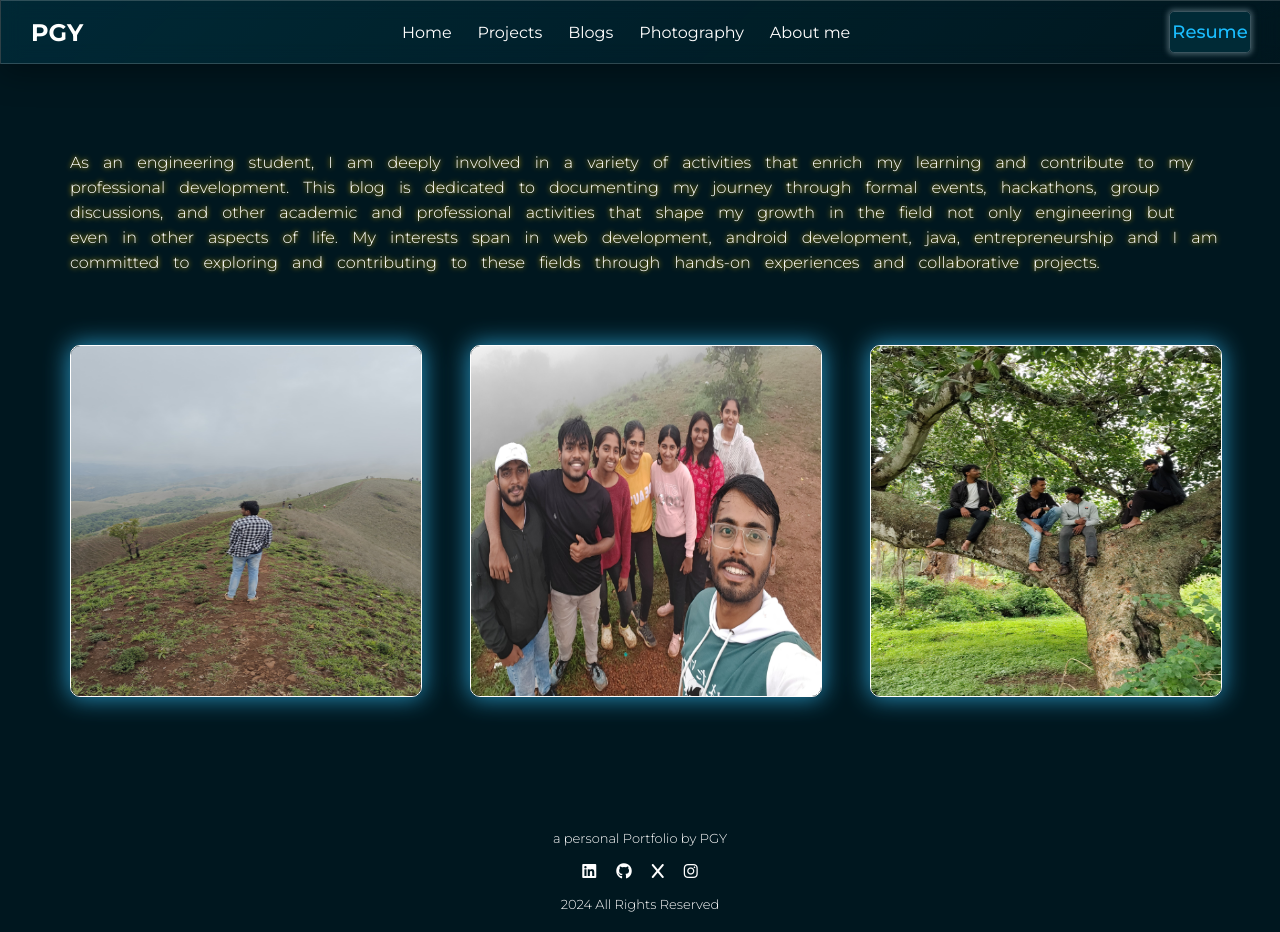
Repository: pgyunknown/pgyunknown
Page: professional_blog.html
These files come from the project's save history. The page is drawn as it stood at one moment and after a run of saves; the edit follows.
The browser window is 1280 px wide. The pictures show the whole page.
Some web libraries are served in a nearby version.

Above is the page before, as saved 2024-08-17 18:21:52.

### professional_blog.html
<!DOCTYPE html>
<html lang="en">
<head>
    <meta charset="UTF-8">
    <meta name="viewport" content="width=device-width, initial-scale=1.0">
    <title>Professional portfolio</title>
    <link rel="stylesheet" href="professional_blog.css">
    <link rel="preconnect" href="https://fonts.googleapis.com">
<link rel="preconnect" href="https://fonts.gstatic.com" crossorigin>
<link href="https://fonts.googleapis.com/css2?family=Libre+Baskerville:ital,wght@0,400;0,700;1,400&family=Montserrat:ital,wght@0,100..900;1,100..900&family=Titillium+Web:ital,wght@0,200;0,300;0,400;0,600;0,700;0,900;1,200;1,300;1,400;1,600;1,700&display=swap" rel="stylesheet">
<link rel="stylesheet" href="https://cdnjs.cloudflare.com/ajax/libs/font-awesome/6.6.0/css/all.min.css" integrity="sha512-Kc323vGBEqzTmouAECnVceyQqyqdsSiqLQISBL29aUW4U/M7pSPA/gEUZQqv1cwx4OnYxTxve5UMg5GT6L4JJg==" crossorigin="anonymous" referrerpolicy="no-referrer" />
</head>
<body>
    <header>
        <div class="pgy_con">
                <div class="pgy"><a href="#">PGY</a></div>
        </div>
        <nav>
                <div class="nav_bar">
                <a href="#" id="home">Home</a>
                <a href="#"id="projects">Projects</a>
                <a href="blog.html"id="blogs">Blogs</a>
                <a href="#"id="photo">Photography</a>
                <a href="#"id="About">About me</a>
                </div>
            </nav>
        <div class="resume_con">
                <button>Resume</button>
        </div>
    </header>
    <main>
        <div class="personal_intro"><p>As an engineering student, I am deeply involved in a variety of activities that enrich my learning and contribute to my professional development. This blog is dedicated to documenting my journey through formal events, hackathons, group discussions, and other academic and professional activities that shape my growth in the field not only engineering but even in other aspects of life.


 My interests span in web development, android development, java, entrepreneurship and I am committed to exploring and contributing to these fields through hands-on experiences and collaborative projects. </p></div>

        <div class="contianer">
        <div ><img src="imgs/WhatsApp Image 2024-08-16 at 18.40.53_9c257726.jpg" alt=""></div>
        <div ><img src="imgs/WhatsApp Image 2024-08-16 at 18.40.52_35491df1.jpg" alt=""></div>
        <div ><img src="imgs/WhatsApp Image 2024-08-16 at 18.34.26_5f8bc427.jpg" alt=""></div>
        </div>
    </main>

        <footer>
        <div class="footer_port">a personal Portfolio by PGY</div>
        <div class="footer_icons">
            <a href="https://www.linkedin.com/in/p-gokul-yadav-82548a295?utm_source=share&utm_campaign=share_via&utm_content=profile&utm_medium=android_app" alt="Gokul's linkedin profile" target="_blank"><i class="fa-brands fa-linkedin"></i></a>
            <a href="https://github.com/pgyunknown" alt="Gokul Github profile" target="_blank"><i class="fa-brands fa-github"></i></a>
            <a href="#"><i class="fa-brands fa-x" target="_blank"></i></a>
            <a href="#"><i class="fa-brands fa-instagram" target="_blank"></i></a>
        </div>
        <div class="copyrights">2024 All Rights Reserved</div>
    </footer>

### professional_blog.css
*{margin: 0px;
    padding: 0px;
}
body{
    background-color: #00171F;
    color: white;
    box-sizing: border-box;


}
a{
    text-decoration: none;
    color: inherit;
}

header{
    display: flex;
    justify-content: space-between;
    align-items: center;
    padding: 10px;
    /* Glassy effect */
    background: linear-gradient(135deg, rgba(0, 200, 255, 0.1), rgba(255, 255, 255, 0));
    backdrop-filter: blur(10px);
    -webkit-backdrop-filter: blur(10px);
    border:1px solid rgba(255, 255, 255, 0.18);
    box-shadow: 0 8px 32px 0 rgba(0, 0, 0, 0.37);

    overflow: hidden;
    position: fixed; /* Set the navbar to fixed position */
    top: 0; /* Position the navbar at the top of the page */
    width: 100%;
}

.pgy_con
{
    margin-left: 20px;
    font-family: "Montserrat", sans-serif;
    font-optical-sizing: auto;
    font-size: x-large;
    font-weight: 700;
    font-style: normal;
    align-items: end;

}

.pgy_con .pgy a{
    text-decoration: none;
}
.nav_bar {
        /* height: 50px; */
    width: 500px;
    display: flex;
    justify-content: space-evenly;

    transition-property: all;
    transition-timing-function: ease-in-out;
    transition-delay: 1s;


}

.nav_bar a{
    box-sizing: border-box;
    font-family: "Montserrat", sans-serif;
    font-optical-sizing: auto;
    font-weight: 400;
    font-style: normal
    text-decoration: none;
    justify-content: space-around;
    align-items: center;
    padding-top:10px;
    padding-bottom :10px;
    /* padding-right:10px ;
    padding-left:10px ; */
}

.nav_bar a:hover{
    color: #FFC107;
    text-shadow: #FFC107 0px 0px  1px;
    border-bottom: 0.5px solid #FFC107;


}


.resume_con {
    display: flex;
    justify-content: center;
    margin-right: 20px;
    background-color: #00171F;
    margin-right: 40px;
}
.resume_con button{
    background-color:rgba(0, 200, 255, 0.1);
    box-sizing: content-box;
    height: 2.5rem;
    width: 5rem;
    font-family: "Montserrat", sans-serif;
    font-optical-sizing: auto;
    font-size: large;
    font-weight: 500;
    font-style: normal;
    color: #1ABEFF;
    border: 0.0001px solid #3c555f;
    border-radius: 0.3rem;
    box-shadow: 0px 0px 5px 2px #3c555f;

}
    main{
    display: flex;
    flex-direction:column ;
    align-items: center;
    justify-content: center;
    height: 600px;
    width: 90%;
    /* justify-content:space-around; */
    align-items: center;
    padding: 50px;
    margin: 60px 20px 70px 20px;
}
main .personal_intro{
    display: flex;
    flex-direction: row;
    font-family: "Montserrat", sans-serif;
    font-optical-sizing: auto;
    font-size: medium;
    font-weight: 300;
    font-style: normal;
    margin-top: 50px;
    margin-bottom: 50px;
    word-spacing: 10px;
    line-height: 25px;
    text-shadow: #FC0 0 0 5px;
}

main .contianer{
    display: flex;
    flex-direction: row;
    justify-content: space-between;
    align-items: center;
    height: 500px;
    width: 100%;
    padding: 20px;
}

main .contianer img{
    height: 350px;
    width: 350px;
    border-radius:10px;
    border: 1px solid #ffffff;
    box-shadow: 0px 0px 25px 1px #2792bd;
}

footer{
    display: flex;
    flex-direction:column;
    justify-content: center;
    align-items: center;
    margin-top: 20px;
    margin-bottom: 20px;
    font-family: "Montserrat", sans-serif;
    font-optical-sizing: auto;
    font-size: small;
    font-weight: 300;
    font-style: normal;
}

.footer_icons{
    display: flex;
    justify-content: center;
    align-items: center;
    width: 50px;
    height: 50px;
}



.copyrights{
    display: flex;
    justify-content: center;
    align-items: center;
}

.footer_icons a{
font-size: medium;
padding: 10px;
width: 50px;
height: 50px;
display: flex;
justify-content: center;
align-items: center;
}

After the next 2 saves:
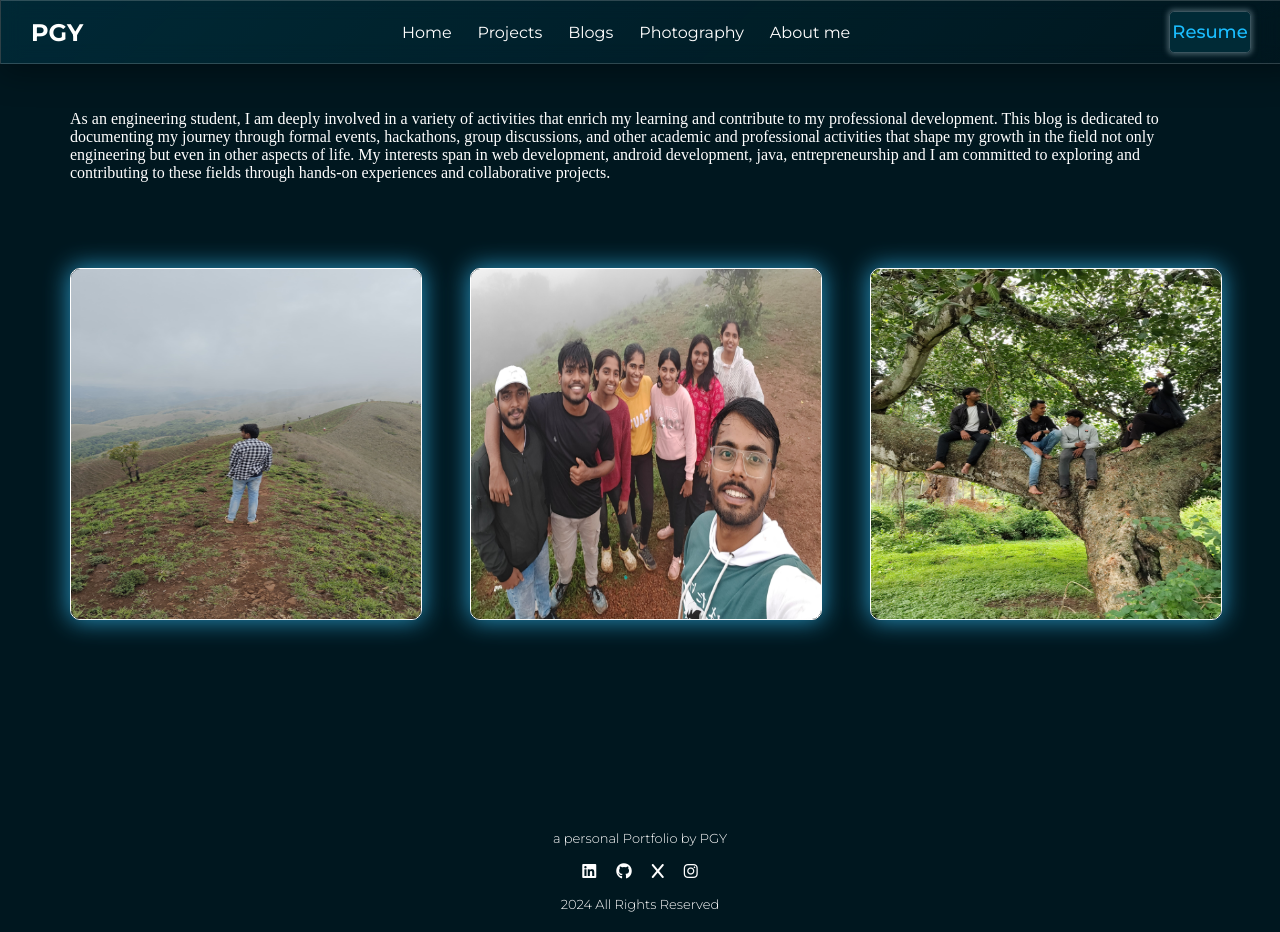
The 2 saves are shown as one change because they came seconds apart.
The last was saved 2 min 19 s later.
--- a/professional_blog.html
+++ b/professional_blog.html
@@ -29,7 +29,7 @@
         </div>
     </header>
     <main>
-        <div class="personal_intro"><p>As an engineering student, I am deeply involved in a variety of activities that enrich my learning and contribute to my professional development. This blog is dedicated to documenting my journey through formal events, hackathons, group discussions, and other academic and professional activities that shape my growth in the field not only engineering but even in other aspects of life.
+        <div class="professtional_intro"><p>As an engineering student, I am deeply involved in a variety of activities that enrich my learning and contribute to my professional development. This blog is dedicated to documenting my journey through formal events, hackathons, group discussions, and other academic and professional activities that shape my growth in the field not only engineering but even in other aspects of life.
 
 
  My interests span in web development, android development, java, entrepreneurship and I am committed to exploring and contributing to these fields through hands-on experiences and collaborative projects. </p></div>

After the save that followed:
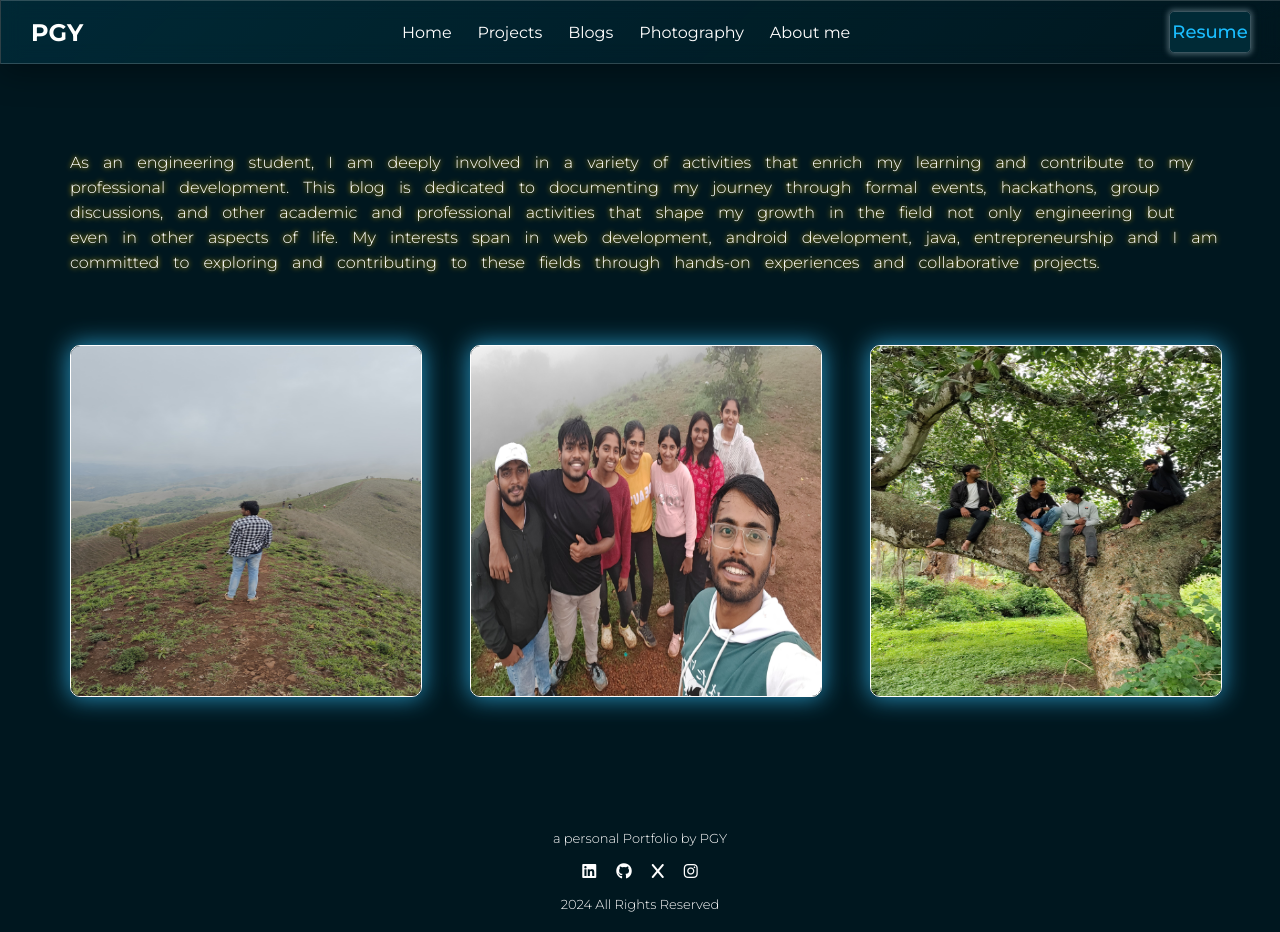
Saved 11 s later.
--- a/professional_blog.css
+++ b/professional_blog.css
@@ -118,7 +118,7 @@ header{
     padding: 50px;
     margin: 60px 20px 70px 20px;
 }
-main .personal_intro{
+main .professtional_intro{
     display: flex;
     flex-direction: row;
     font-family: "Montserrat", sans-serif;
